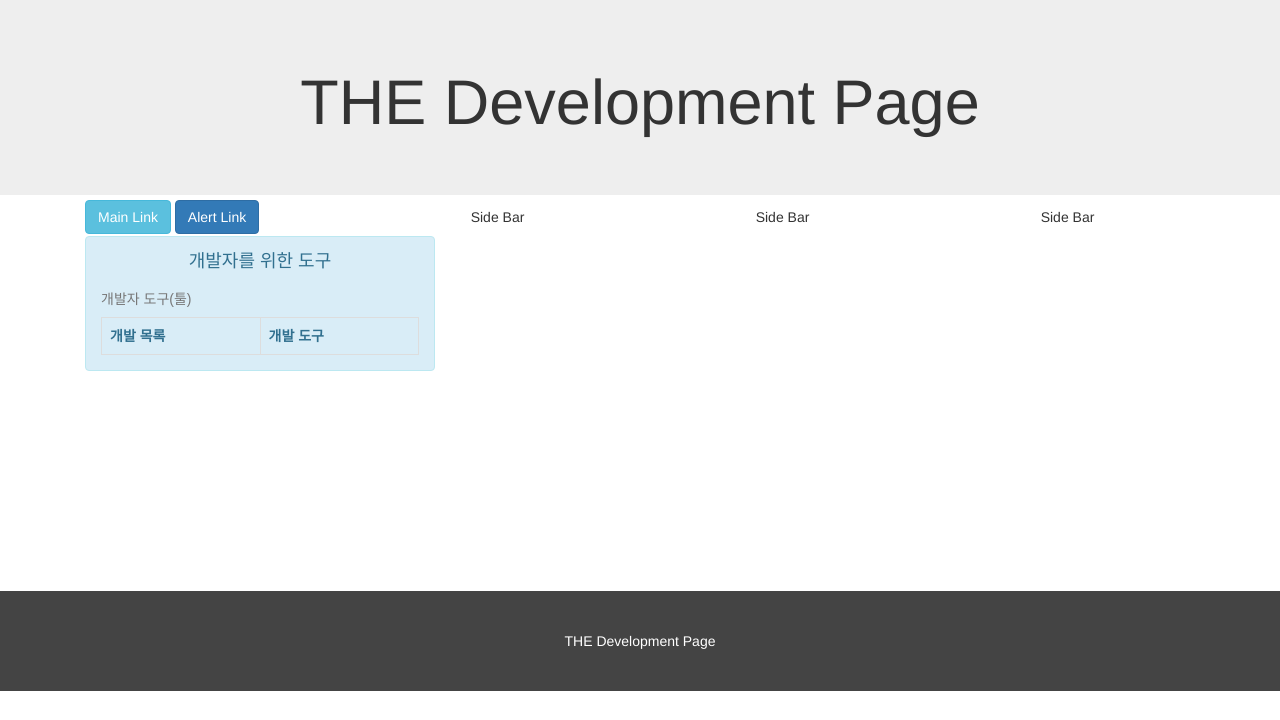
Repository: as2019a/spring
Page: http://localhost/ch19_project_mavenwebsite/WEB-INF/views/development.jsp
The author's editor kept a copy of each file at every save. The page is drawn from the files as they stood at one save, then again after the next save.
The browser window is 1280 px wide. The pictures show the whole page.
Some web libraries are served in a nearby version. The page is served by Tomcat 9. Nobody is signed in. Other server files are loaded and not shown. The template is opened directly, without the code that normally fills it, so the values that code supplies are empty.

Above is the page before, as saved 2019-01-30 06:53:45.

### ch19_project_mavenwebsite/src/main/webapp/WEB-INF/views/development.jsp
<%@ page language="java" contentType="text/html; charset=UTF-8"
    pageEncoding="UTF-8"%>
<%@ taglib prefix="c" uri="http://java.sun.com/jsp/jstl/core" %>
<%@ taglib prefix="sec" uri="http://www.springframework.org/security/tags" %>
<!DOCTYPE html>
<html>
<head>
<meta charset="UTF-8">
<meta name="viewport"
 	  content="width=device-width, initial-scale=1">
<title>THE Development Page</title>
<link href="https://maxcdn.bootstrapcdn.com/bootstrap/3.3.2/css/bootstrap.min.css" rel="stylesheet">
<link rel="stylesheet" href="https://use.fontawesome.com/releases/v5.5.0/css/all.css">
<style type="text/css">
	.jumbotron{
			margin-bottom: 5px;
	}

	h5{
		text-align:center;
	}

	#sa:hover{
		color:fuchsia;
	}

	#sc:hover{
		color:orange;
	}

	#sf:hover{
		color:lime;
	}

	table {
	  font-family: arial, sans-serif;
	  border-collapse: collapse;
	  width: 100%;
	  text-align:center;
	}

	td, th {
	  border: 1px solid #dddddd;
	  text-align: left;
	  padding: 8px;
	}

	tr:nth-child(even) {
	  background-color: #dddddd;
	}

	.footer{
		height: 100px;
		line-height: 100px;
		background-color: #444;
		color: white;
		text-align: center;
		margin-top: 200px;
	}

</style>
</head>
<body>
	<div class="jumbotron">
		<h1 class="text-center" style="">THE Development Page</h1>
	</div>
	<div class="container">
	  <div class="row">
	  	<div class="col-sm-12">
	  		<div class="col-sm-3">
	  			<a href="/main" type="button" class="btn btn-info">Main Link</a>
	  			<button type="button" class="btn btn-primary" onclick="alertsone()">
	  			Alert Link</button>
	  		</div>
	  		<div class="col-sm-3">
	  			<h5 id="sa">Side Bar</h5>
	  		</div>
	  		<div class="col-sm-3">
	  			<h5 id="sc">Side Bar</h5>
	  		</div>
	  		<div class="col-sm-3">
	  			<h5 id="sf">Side Bar</h5>
	  		</div>
	  	</div>
	    <div class="col-xs-12">
	    	<div class="col-xs-4">
	    		<div class="alert alert-info">
	    			<h4 style="font-size:large;text-align:center;">개발자를 위한 도구</h4>
	    			<table>
	    				<caption>개발자 도구(툴)</caption>
	    				<thead>
	    					<tr>
	    						<th>개발 목록</th>
	    						<th>개발 도구</th>
	    					</tr>
	    				</thead>

	    			</table>
	    		</div>
	    	</div>
	    	<div class="col-xs-4">

	    	</div>
	    	<div class="col-xs-4">

	    	</div>
	    </div>
	  </div>
	</div>
	<div class="footer">
		<p class="text-center" style="">THE Development Page</p>
	</div>
	<script src="https://code.jquery.com/jquery-3.3.1.min.js"></script>
	<script src="https://maxcdn.bootstrapcdn.com/bootstrap/3.3.2/js/bootstrap.min.js"></script>
	<script type="text/javascript">

	</script>
</body>
</html>

After the next save:
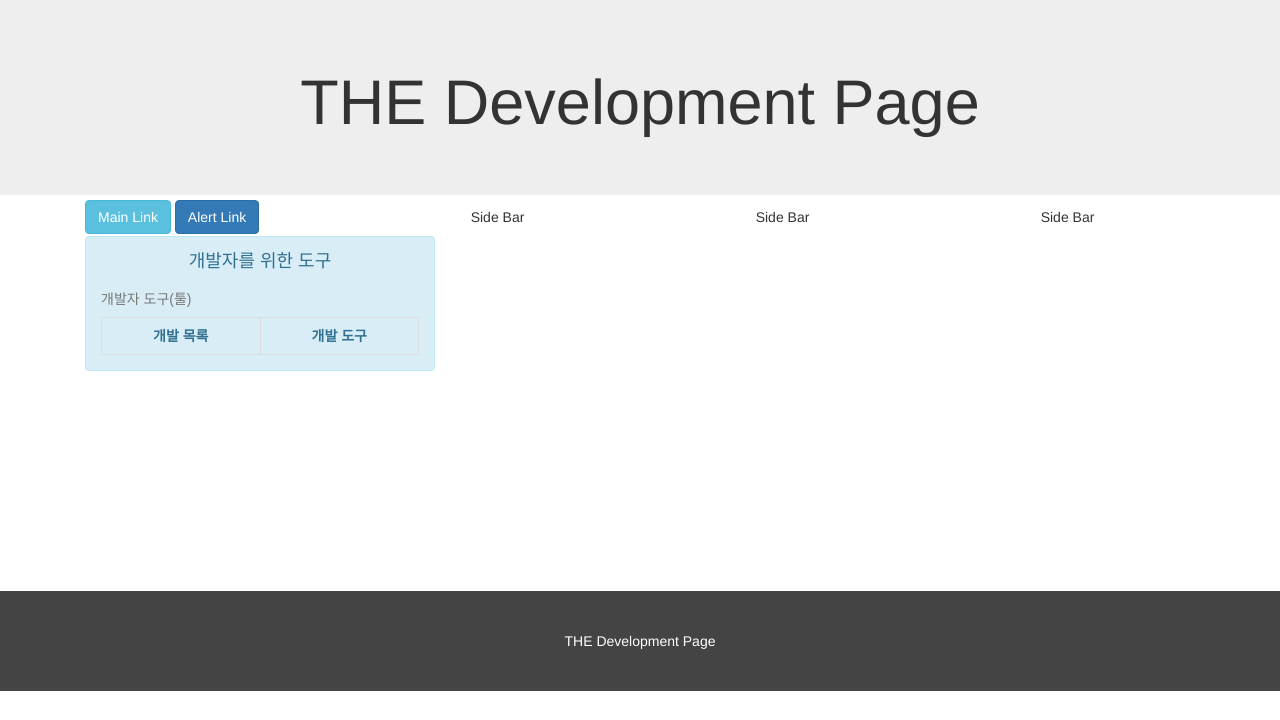
Saved 22 s later.
--- a/ch19_project_mavenwebsite/src/main/webapp/WEB-INF/views/development.jsp
+++ b/ch19_project_mavenwebsite/src/main/webapp/WEB-INF/views/development.jsp
@@ -36,12 +36,11 @@
 	  font-family: arial, sans-serif;
 	  border-collapse: collapse;
 	  width: 100%;
-	  text-align:center;
 	}
 
 	td, th {
 	  border: 1px solid #dddddd;
-	  text-align: left;
+	  text-align:center;
 	  padding: 8px;
 	}
 
